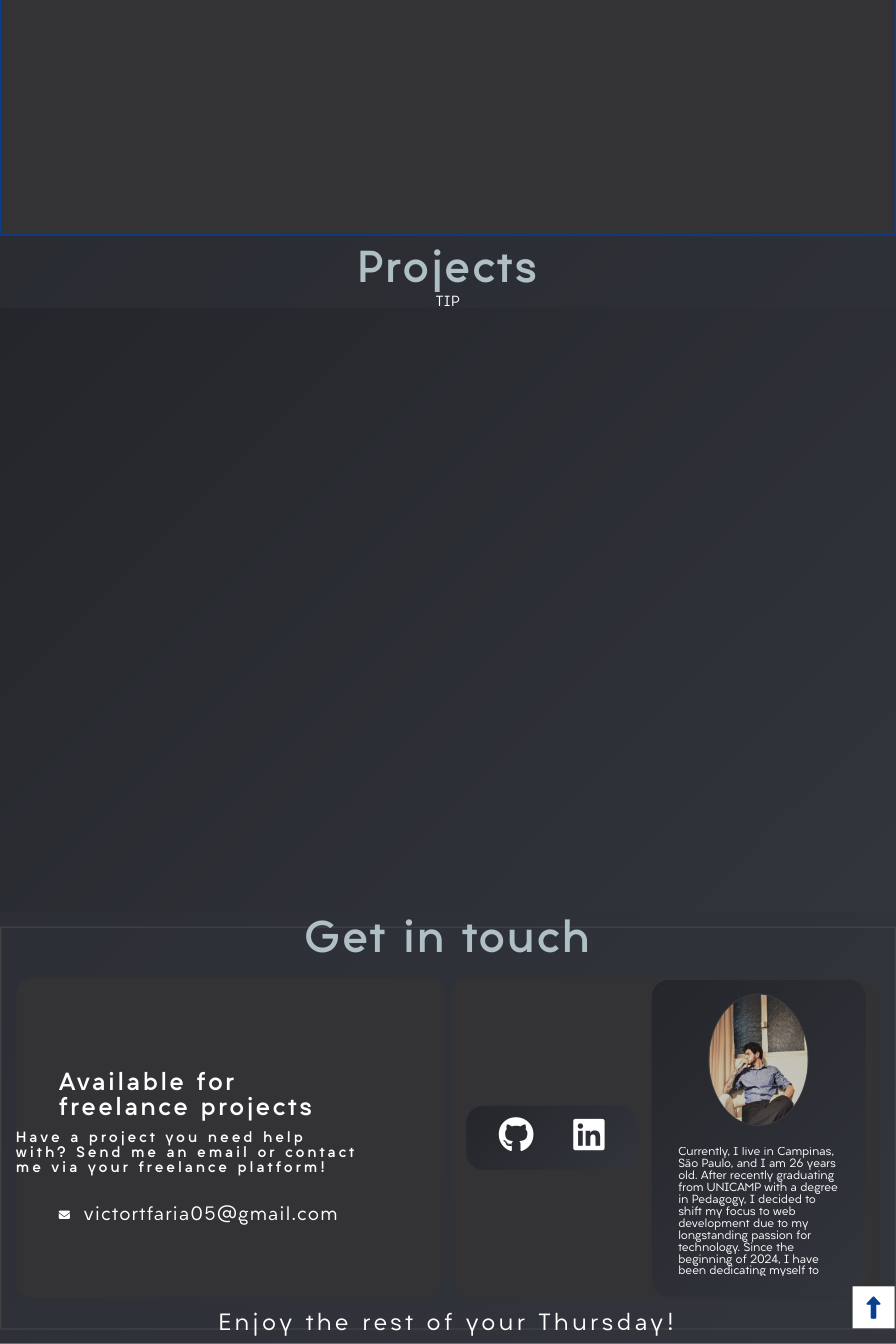
Repository: Victor-Faria/Portfolio
Page: docs/index.html
An editor plug-in stored every save of this project. The page is shown before and after a run of saves, followed by the edit.
The browser window is 1280 px wide. The pictures show the part of the page from y = 1391 to 3311 px (the page is 3311 px tall), at 70% of full size.
Some web libraries are served in a nearby version.

Above is the page before, as saved 2024-06-13 19:14:29.

After the next 2 saves:
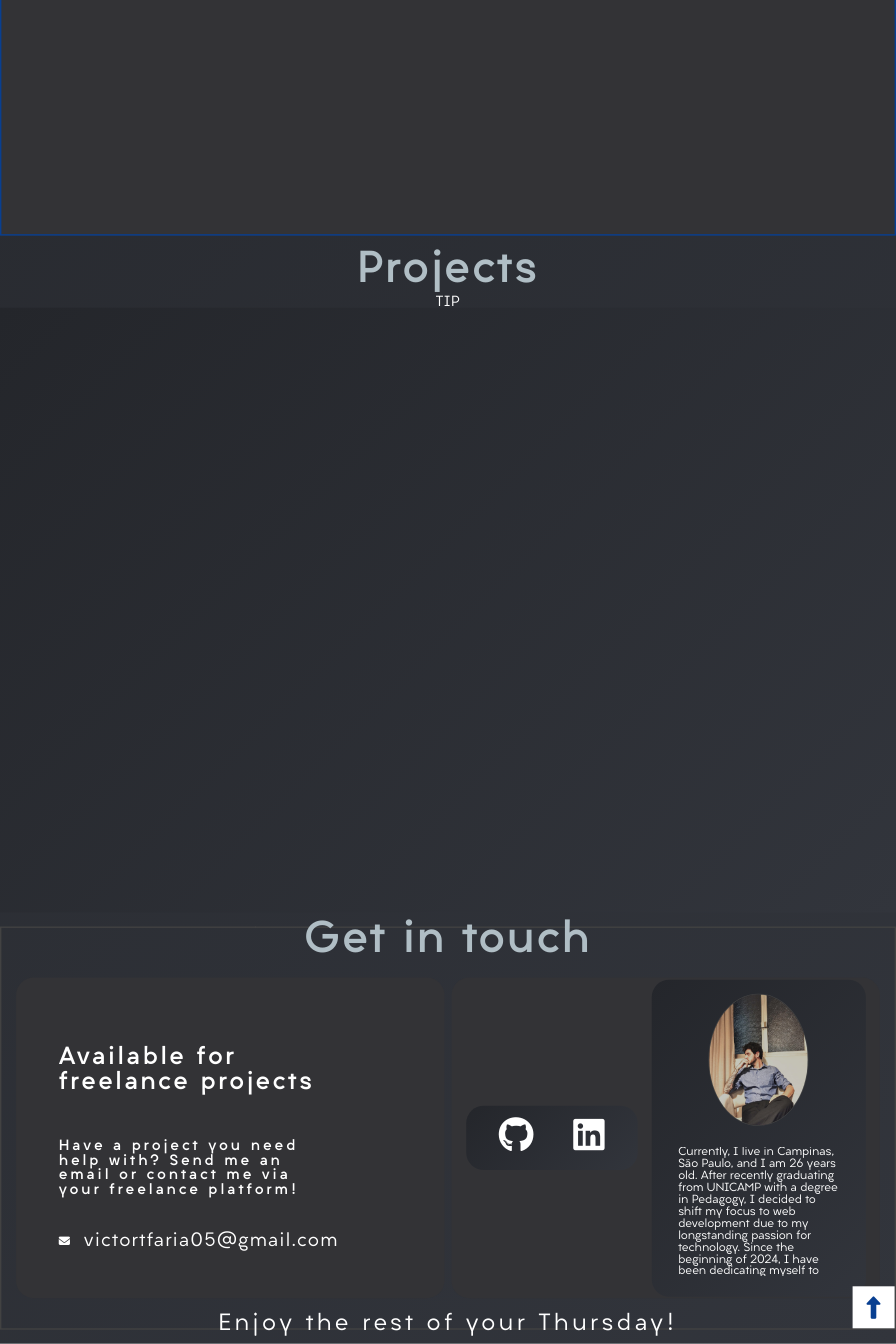
The 2 saves are shown as one change because they came seconds apart.
The last was saved 23 s later.
--- a/docs/index.html
+++ b/docs/index.html
@@ -370,14 +370,14 @@
             Available for freelance projects
           </h2>
           </div>
-          <div>
+          <div  class="container-left-text">
           <h3
             data-translate="Tem um projeto que precisa de ajuda? Me mande um email ou entre em contato comigo através da sua plataforma de freelancers!"
             data-no-effect="true">
             Have a project you need help with? Send me an email or contact me
             via your freelance platform!
           </h3>
-          </div class="container-left-text">
+          </div>
           <div class="email">
             <i class="fa-solid fa-envelope icon"></i>
             <a
